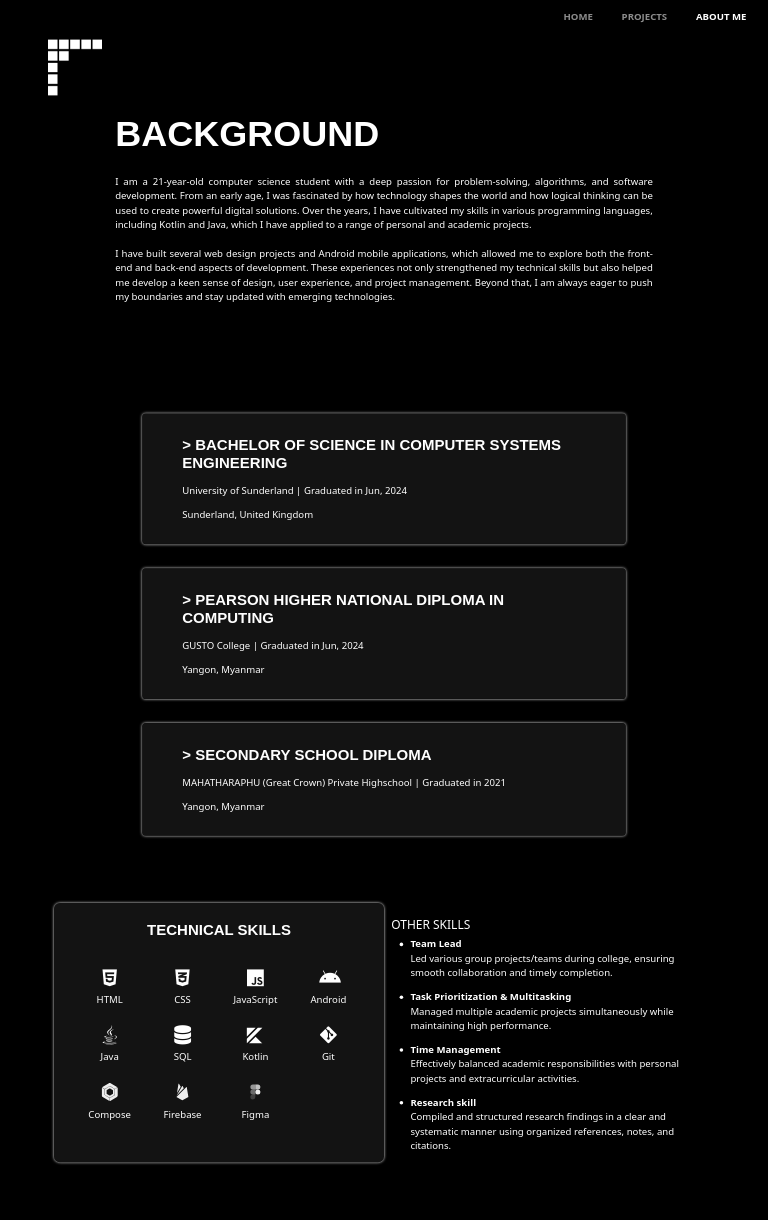
Repository: pyaestk/Portfolio-template
Page: aboutme.html
These files come from the project's save history. The page is drawn as it stood at one moment and after the next save; the edit follows.
The browser window is 1280 px wide. The pictures show the whole page, at 60% of full size.
Some web fonts or font styles are not loaded; a fallback is used. Some web libraries are served in a nearby version.

Above is the page before, as saved 2025-05-24 13:23:14.
Console error: TypeError: Cannot read properties of null (reading 'addEventListener')

### aboutme.html
<!DOCTYPE html>

<html lang="en">

<head>
  <link href="https://cdn.jsdelivr.net/npm/bootstrap@5.3.5/dist/css/bootstrap.min.css" rel="stylesheet"
    integrity="sha384-SgOJa3DmI69IUzQ2PVdRZhwQ+dy64/BUtbMJw1MZ8t5HZApcHrRKUc4W0kG879m7" crossorigin="anonymous">
  <script src="https://cdn.jsdelivr.net/npm/bootstrap@5.3.5/dist/js/bootstrap.bundle.min.js"
    integrity="sha384-k6d4wzSIapyDyv1kpU366/PK5hCdSbCRGRCMv+eplOQJWyd1fbcAu9OCUj5zNLiq"
    crossorigin="anonymous"></script>
  <link rel="stylesheet" href="https://cdnjs.cloudflare.com/ajax/libs/font-awesome/6.1.2/css/all.min.css">
  <link href="styles.css" rel="stylesheet">

  <!-- google fonts -->
  <link rel="preconnect" href="https://fonts.googleapis.com">
  <link rel="preconnect" href="https://fonts.gstatic.com" crossorigin>
  <link href="https://fonts.googleapis.com/css2?family=Doto:wght@100..900&display=swap" rel="stylesheet">
  <link href="https://fonts.googleapis.com/css2?family=Roboto:ital,wght@0,100..900;1,100..900&display=swap"
    rel="stylesheet">

  <meta charset="utf-8">
  <meta name="viewport" content="width=device-width, initial-scale=1, minimum-scale=1, maximum-scale=1 ">

  <title>My Webpage</title>
</head>

<body class="bg-black">

  <nav class="navbar navbar-expand-lg bg-black navbar-dark sticky-top">
    <div class="container-fluid">
      <a class="navbar-brand" href="#"></a>
      <button class="navbar-toggler" type="button" data-bs-toggle="collapse" data-bs-target="#navbarNav"
        aria-controls="navbarNav" aria-expanded="false" aria-label="Toggle navigation">
        <span class="navbar-toggler-icon"></span>
      </button>
      <div class="collapse navbar-collapse justify-content-end" id="navbarNav">
        <ul class="navbar-nav text-center">
          <li class="nav-item px-3">
            <a class="nav-link" aria-current="page" href="index.html">HOME</a>
          </li>
          <li class="nav-item px-3">
            <a class="nav-link" href="projects.html">PROJECTS</a>
          </li>
          <li class="nav-item px-3">
            <a class="nav-link active" href="aboutme.html">ABOUT ME</a>
          </li>
        </ul>
      </div>
    </div>
  </nav>

  <div class="background-container text-white">
    <img src="img/decoration-block2.png" class="decoration-image-1" style="--delay: .2s;">

    <h4 class="title" style="--delay: .3s;">BACKGROUND</h4>
    <p style="--delay: .4s;">I am a 21-year-old computer science student with
      a deep passion for problem-solving,
      algorithms, and software development. From an early age, I was
      fascinated by how technology shapes the world and
      how logical thinking can be used to create powerful digital solutions.
      Over the years, I have cultivated my skills
      in various programming languages, including Kotlin and Java, which I
      have applied to a range of personal and
      academic projects.
      <br><br>
      I have built several web design projects and Android mobile
      applications, which allowed me to explore both the
      front-end and back-end aspects of development. These experiences not
      only strengthened my technical skills but
      also helped me develop a keen sense of design, user experience, and
      project management. Beyond that, I am always
      eager to push my boundaries and stay updated with emerging technologies.
      <!-- <br><br>
      Currently, I am particularly interested in deepening my knowledge in fields such as artificial intelligence,
      software engineering, and cybersecurity. I am constantly exploring new concepts through online courses, tutorials,
      and technical communities. My goal is to continue developing solutions that are not only technically sound but
      also meaningful and impactful.
      <br><br>
      Driven by curiosity and a desire to innovate, I see computer science as more than just a career path—it is a
      lifelong journey of learning, building, and contributing to technological advancement. -->
    </p>
  </div>

  <div class="education-container">
    <div class="card reveal3">
      <div class="card-body">
        <h4>> BACHELOR OF SCIENCE IN COMPUTER SYSTEMS ENGINEERING</h4>
        <p>University of Sunderland | Graduated in Jun, 2024</p>
        <span>Sunderland, United Kingdom</span>
      </div>
    </div>
    <div class="card reveal3">
      <div class="card-body">
        <h4>> PEARSON HIGHER NATIONAL DIPLOMA IN COMPUTING</h4>
        <p>GUSTO College | Graduated in Jun, 2024</p>
        <span>Yangon, Myanmar</span>
      </div>
    </div>
    <div class="card reveal3">
      <div class="card-body ">
        <h4>> SECONDARY SCHOOL DIPLOMA</h4>
        <p>MAHATHARAPHU (Great Crown) Private Highschool | Graduated in
          2021</p>
        <span>Yangon, Myanmar</span>
      </div>
    </div>
  </div>

  <div class="container text-white my-5">
    <div class="row mx-2">

      <div class="col-12 col-md-6 mb-5 technical-skills reveal3">
        <h5 class="mb-5 text-center">TECHNICAL SKILLS</h5>

        <div class="row g-3">
          <div class="col-4 col-md-3 text-center">
            <i class="fa-brands fa-html5 fa-2x tech-icon"></i>
            <p>HTML</p>
          </div>
          <div class="col-4 col-md-3 text-center">
            <i class="fa-brands fa-css3-alt fa-2x tech-icon"></i>
            <p>CSS</p>
          </div>
          <div class="col-4 col-md-3 text-center">
            <i class="fa-brands fa-js fa-2x tech-icon"></i>
            <p>JavaScript</p>
          </div>
          <div class="col-4 col-md-3 text-center">
            <i class="fa-brands fa-android fa-2x tech-icon"></i>
            <p>Android</p>
          </div>
          <div class="col-4 col-md-3 text-center">
            <i class="fa-brands fa-java fa-2x tech-icon"></i>
            <p>Java</p>
          </div>
          <div class="col-4 col-md-3 text-center">
            <i class="fa-solid fa-database fa-2x tech-icon"></i>
            <p>SQL</p>
          </div>
          <div class="col-4 col-md-3 text-center">
            <svg xmlns="http://www.w3.org/2000/svg" viewBox="0 0 8 8" class="tech-icon">
              <path fill="currentColor" d="m1 8l3-3l3 3M0 5V1h4M0 8V6l5-5h2" />
            </svg>
            <p>Kotlin</p>
          </div>
          <div class="col-4 col-md-3 text-center">
            <i class="fa-brands fa-git-alt fa-2x tech-icon"></i>
            <p>Git</p>
          </div>
          <div class="col-4 col-md-3 text-center">
            <svg xmlns="http://www.w3.org/2000/svg" viewBox="0 0 128 128" class="tech-icon">
              <path fill="#ededed"
                d="M63.353.759c-2.022-.048-3.83.515-5.604 1.486L14.737 27.521l-1.716 1.01l-.808.555c-1.067.628-2.21 2.15-2.97 3.175l4.168 2.324l2.82 1.55l9.592 5.4l2.454 1.36c1.237-1.491 1.306-1.596 2.472-2.566l26.833-15.884c1.554-.85 3.964-1.976 5.736-1.936c1.769.041 4.04.556 5.552 1.476l23.485 13.342l2.944 1.637a26.5 26.5 0 0 1 3.825 3.052l18.723-11.19l-1.666-1.624c-1.893-1.528-2.544-1.815-3.864-2.497L69.664 2.637C67.932 1.582 65.38.807 63.353.759m.276 23.845c-.95 0-3.036.411-3.86.884l-27.905 16.57c-.823.472-1.655 1.983-2.13 2.801s-.837 2.452-.839 3.303l-.055 33.254c-.002.946.421 2.006.896 2.824s1.268 1.581 2.091 2.054l28.68 16.194c1.07.493 2.69.787 3.64.787s2.174-.147 3.709-.777l27.42-16.173c.824-.474 2.1-1.772 2.575-2.59c.475-.819 1.498-2.895 1.493-3.841l-.146-32.52c-.001-.945-.832-2.85-1.307-3.667c-.475-.82-2.284-2.36-3.108-2.833L67.623 25.58c-.824-.473-3.043-.977-3.994-.977Zm55.2 7.65l-1.163.725l-17.474 10.441c.42 1 .891 3.278.946 4.363l.002.01l.008.312v31.3a10.09 10.09 0 0 1-4.963 8.786l-25.434 15.315c-.922.545-3.108 1.394-5.452 1.841l.002 1.516l-.037 7.825l-.006 3.775l.043 8.781c1.255-.01 3.339-.766 4.423-1.36l.317-.182l.009-.004l44.498-26.253a11.54 11.54 0 0 0 5.666-10.048V37.734c-.014-1.458-.72-4.093-1.385-5.48M8.47 33.817l-.415 1.949c-.352 2.928-.29 3.223-.202 4.705l-.012 49.185c-.02 2.027-.099 4.84.899 6.606c.993 1.762 2.916 2.799 4.657 3.827l45.2 25.602l.008.004l.318.179c1.399.644 2.986 1.145 4.592 1.241l.012-4.872l.004-3.748l-.006-11.404l-.006-1.81c-1.809-.118-3.218-.654-4.14-1.199l-27.041-15.14c-1.527-.9-3.437-1.913-4.308-3.455c-.87-1.543-1.252-3.886-1.235-5.658l.017-29.064l.008-2.096c.061-1.414.277-2.403.687-4.15zm55.323 4.77c.612 0 2.044.327 2.575.632l17.503 9.854c.531.304 1.698 1.3 2.004 1.826c.306.528.84 1.754.84 2.363l.096 20.959c.002.609-.655 1.948-.963 2.476c-.306.528-1.127 1.363-1.657 1.668L66.52 88.79c-.99.406-1.78.505-2.394.505c-.612 0-1.653-.192-2.342-.51L43.297 78.349a3.8 3.8 0 0 1-1.348-1.324c-.306-.528-.579-1.212-.578-1.82l.035-21.431c0-.548.235-1.602.54-2.13c.307-.528.844-1.5 1.374-1.804l17.985-10.68c.531-.305 1.877-.57 2.489-.57z" />
            </svg>
            <p>Compose</p>
          </div>
          <div class="col-4 col-md-3 text-center">
            <svg xmlns="http://www.w3.org/2000/svg" viewBox="0 0 24 24" class="tech-icon">
              <rect width="24" height="24" fill="none" />
              <path fill="#ededed"
                d="m20 18.69l-7.3 4.05q-.75.39-1.5 0L4 18.69L17.05 5.54l.35-.1c.3 0 .47.13.5.4zM9.35 5.74L4.8 13.29L6.7 1.34c.03-.27.2-.4.5-.4c.2 0 .33.06.4.25l2.15 3.95zM13.85 7L4.3 16.59l7.25-12.3c.1-.2.25-.29.45-.29s.33.09.4.29z" />
            </svg>
            <p>Firebase</p>
          </div>
          <div class="col-4 col-md-3 text-center">
            <svg xmlns="http://www.w3.org/2000/svg" viewBox="0 0 24 24" class="tech-icon">
              <rect width="24" height="24" fill="none" />
              <path fill="#ededed" d="M11.667 2H8.333a3.333 3.333 0 1 0 0 6.667h3.334z" opacity="0.6" />
              <path fill="#ededed" d="M11.667 8.667H8.333a3.333 3.333 0 0 0 0 6.666h3.334z" opacity="0.4" />
              <path fill="#ededed" d="M18.333 12a3.333 3.333 0 1 1-6.667 0a3.333 3.333 0 0 1 6.667 0" />
              <path fill="#ededed" d="M8.333 15.334h3.334v3.333a3.333 3.333 0 1 1-3.334-3.334" opacity="0.2" />
              <path fill="#ededed" d="M11.666 2h3.333a3.333 3.333 0 1 1 0 6.667h-3.333z" opacity="0.8" />
            </svg>
            <p>Figma</p>
          </div>
        </div>
      </div>

      <div class="col-12 col-md-6 mb-5">
          <h5 class="mt-4">OTHER SKILLS</h5>
          <ul>
            <li><strong>Team Lead</strong>
              <p>Led various group projects/teams during college, ensuring smooth collaboration and timely
                  completion.</p>
            </li>
            <li><strong>Task Prioritization & Multitasking</strong>
              <p>Managed multiple academic projects simultaneously while maintaining high performance.</p>
            </li>
            <li><strong>Time Management</strong>
              <p>Effectively balanced academic responsibilities with personal projects and extracurricular activities.</p>
            </li>
            <li><strong>Research skill</strong>
              <p>Compiled and structured research findings in a clear and systematic manner using organized
                  references, notes, and citations.</p>
            </li>
          </ul>
        </div>
      </div>

    </div>
  </div>

  <script src="script.js"></script>
</body>

</html>

### styles.css
* {
  margin: 0;
  padding: 0;
}
html {
  scroll-behavior: smooth;
}


/* index.html */

video {
  object-fit: cover;
  width: 100vw;
  height: 100vh;
  position: fixed;
  top: 0;
  left: 0;
  z-index: -1;
  filter: brightness(50%) grayscale(100%);
  transform: scaleX(-1);
  mask-image: linear-gradient(to right, black 0%, transparent 90%);
}
.navbar-nav a {
  font-weight: bolder;
}

.intro-container {
  display: flex;
  justify-content: center;
  align-items: start;
  flex-direction: column;
  flex-wrap: wrap;
  min-height: 90vh;
  padding: 50px 0;
}
.intro-text p {
  font-size: 20px;
  text-align: start;
  padding-right: 30%;
}
.my-role {
  font-size: 25px;
}
.my-name {
  font-family: "Doto", sans-serif;
  font-size: 60px;
  font-weight: bolder;
  max-lines: 3;
}

.social-links {
  display: flex;
  align-items: center;
  flex-direction: row;
  justify-content: start; /* or center if you want them centered */
  margin-top: 50px;
}
.social-links a {
  display: inline-flex; /* So the <a> fits nicely around icon */
  align-items: center;
  justify-content: center;
}
.social-links svg {
  width: 30px;
  height: 30px;

}
.social-links .linkedin {
  padding: 0 50px;
}
.intro-btns button{
  margin-top: 20px;
  width: 200px;
  height: 50px;
  margin-right: 20px;
  font-weight: bolder;
}






/* projects.html */

.projects-container {
  width: 100%;
  height: auto;
  display: flex;
  justify-content: space-evenly;
  align-items: center;
  flex-direction: row;
  flex-wrap: wrap;
  padding: 5% 5%;
}
.project-intro{
  width: 30%;
  height: auto;
  position: sticky;
  top: 120px; /* Adjust this value as needed */
  align-self: flex-start; /* Align to the start of the container */
}
.projects-list-container {
  width: 70%;
  display: flex;
  justify-content: center;
  align-items: center;
  flex-direction: column;
}

.projects-list{
  display: grid;
  grid-template-columns: repeat(auto-fit, minmax(350px, 1fr));
  gap: 30px;
}
.project-intro h1 {
  font-size: 55px;
  color: white;
  font-family: "Doto", sans-serif;
  font-weight: bolder;
}

.projects-container .card {
  box-shadow: 0 0 5px rgb(255, 255, 255);
  height: auto;
  background-color: rgba(29, 29, 29, 0.671);
  display: flex;
  justify-content: center;
  align-items: center;
  flex-direction: column;
  padding: 10px;
  color: white;
}
.projects-container .card-body{
  padding: 20px 10px 10px 10px;
}
.projects-container .card:hover {
  box-shadow: 0 0 15px rgb(255, 255, 255);
  transition: all 0.2s ease-in-out;
}




/* education.html */
.education-container {
  width: 100%;
  height: auto;
  display: flex;
  justify-content: space-evenly;
  align-items: center;
  flex-direction: column;
  flex-wrap: wrap;
  padding: 5% 5%;
  gap: 40px;
}

.education-container .card {
  width: 70%;
  height: auto;
  background-color: rgba(29, 29, 29, 0.671);
  padding: 20px 50px;
  color: white;
  box-shadow: 0 0 5px rgb(255, 255, 255);
}


.education-container .card:hover {
  box-shadow: 0 0 15px rgb(255, 255, 255);
  transition: all 0.2s ease-in-out;
}

.education-container .card h4 {
  font-size: 25px;
  color: white;
  font-family: "Doto", sans-serif;
  font-weight: bolder;
  margin-bottom: 20px;
}



/* about me.html */
.background-container {
  position: relative; /* Needed for absolute child positioning */
  width: 100%;
  display: flex;
  justify-content: center;
  align-items: start;
  flex-direction: column;
  padding: 8% 15%;
}

.background-container h4 {
  font-size: 60px;
  font-weight: bolder;
  font-family: "Doto", sans-serif;
  margin-top: 30px;
  margin-bottom: 30px;
}
.background-container p {
  text-align: justify;
}

.decoration-image-1 {
  position: absolute; /* Take it out of flow */
  top: 10px;
  left: 80px;
  width: 90px;
  height: auto;
  pointer-events: none; /* Prevents accidental clicks */
  user-select: none;
}


.technical-skills h5 {
  font-size: 25px;
  font-weight: bolder;
  font-family: "Doto", sans-serif;

}

.technical-skills{
  background-color: rgba(29, 29, 29, 0.671);
  box-shadow: 0 0 5px rgb(255, 255, 255);
  color: white;
  border-radius: 10px;
  padding: 30px 40px;
  text-align: start;
}

.technical-skills:hover{
  box-shadow: 0 0 15px rgb(255, 255, 255);
  transition: all 0.2s ease-in-out;
}

.tech-icon{
  width: 30px;
  height: 30px;
  margin-bottom: 10px;
}

.contact-container {
  width: 100%;
  height: auto;
  display: flex;
  justify-content: center;
  align-items: center;
  flex-direction: column;
  padding: 5% 5%;
}




/* on load animation */
.intro-body h1,
.intro-body p,
.intro-body .intro-btns,
.projects-container .card,
.project-intro h1, .project-intro p,
.background-container h4,
.background-container p,
.background-container image{
  display: block;
  opacity: 0;
  animation: reveal 0.5s forwards var(--delay);
}
@keyframes reveal {
  /* from { translate: - 20px; }
  to { translate: none; opacity: 1;} */
  from {
    transform: translateY(10px);
  }
  to {
    transform: translateY(0);
    opacity: 1;
  }
}

/* on scroll animation */

.reveal1 {
  position: relative;
  transform: translateX(70px);
  opacity: 0;
  transition: 1.1s all ease;
}
.reveal1.active {
  transform: translateX(0);
  opacity: 1;
}

.reveal2 {
  position: relative;
  transform: translateX(-70px);
  opacity: 0;
  transition: 1.1s all ease;
}
.reveal2.active2 {
  transform: translateX(0);
  opacity: 1;
}

.reveal3 {
  position: relative;
  transform: translateY(50px);
  opacity: 0;
  transition: 1.1s all ease;
}
.reveal3.active3 {
  transform: translateX(0);
  opacity: 1;
}




/* for small screen size */

@media (max-width: 1170px) {

  /* index.html */
  .intro-body {
    margin-top: 50px;
    margin-bottom: 50px;
    text-align: center;
  }
  .my-role {
    font-size: 20px;
  }
  .my-name {
    font-size: 27px;
  }
  .intro-text p {
    text-align: center;
    font-size: 15px;
    padding-right: 0;
  }

  /* projects.html */
  .projects-container {
    width: 100%;
    height: auto;
    display: flex;
    justify-content: space-evenly;
    align-items: center;
    flex-direction: row;
    flex-wrap: wrap;
    padding: 0px;
    gap: 40px;
  }
  .project-intro{
    width: auto;
    position: static;
    margin-top: 30px;
  }
  .projects-list{
    display: grid;
    grid-template-columns: repeat(auto-fit, minmax(280px, 1fr));
    gap: 30px;
  }
  .project-intro h1 {
    font-size: 35px;
    margin-top: 30px;
  }
  .project-intro p {
    font-size: 13px;
  }
  .intro-btns button{
    margin-left: 20px;
  }

  .projects-list-container {
    width: 80%;
  }
  .projects-list-container .card{
    margin-bottom: 20px;
  }
  .projects-list-container .card-text{
    font-size: 13px;
  }


  /* education.html */
  .education-container{
    padding: 10% 0%;
    gap: 30px;
  }

  .education-container .card h4{
    font-size: 20px;
  }
  .education-container p{
    font-size: 13px;
  }
  .education-container .card span {
    font-size: 13px;
  }

  .education-container .card {
    box-shadow: 0 0 10px rgb(255, 255, 255);
    padding: 15px 15px;
    width: 85%;
  }

  /* about me.html */
  .background-container {
    align-items: center;
  }
  .background-container h4 {
    font-size: 40px;
    margin-top: 55px;
  }
  .background-container p {
    font-size: 13px;
    padding-right: 0;
    text-align: justify;
  }
  .decoration-image-1 {
    position: absolute; /* Take it out of flow */
    top: 20px;
    left: 40px;
    width: 50px;
  }

  .skills-container {
    padding: 15px 15px;
  }
  .skills-container h5 {
    font-size: 23px;
  }
  .skills-container h6 {
    font-size: 18px;
  }
  .skills-container p {
    font-size: 13px;
  }

}

### script.js
/* on scroll animation */
function reveal() {
  var reveals3 = document.querySelectorAll(".reveal3");
  for (var i = 0; i < reveals3.length; i++) {
    var windowHeight = window.innerHeight;
    var elementTop = reveals3[i].getBoundingClientRect().top;
    var elementVisible = 50;
    if (elementTop < windowHeight - elementVisible) {
      reveals3[i].classList.add("active3");
    } else {
      reveals3[i].classList.remove("active3");
    }
  }
}
// Also run reveal() on scroll
window.addEventListener("scroll", reveal);

//download CV
document.getElementById("downloadBtn").addEventListener("click", function () {
  const fileUrl = "my cv.pdf"; // PDF file in the same folder

  const a = document.createElement("a");
  a.href = fileUrl;
  a.download = "CV.pdf"; // The filename when downloaded

  document.body.appendChild(a);
  a.click();
  document.body.removeChild(a);
});

After the next save:
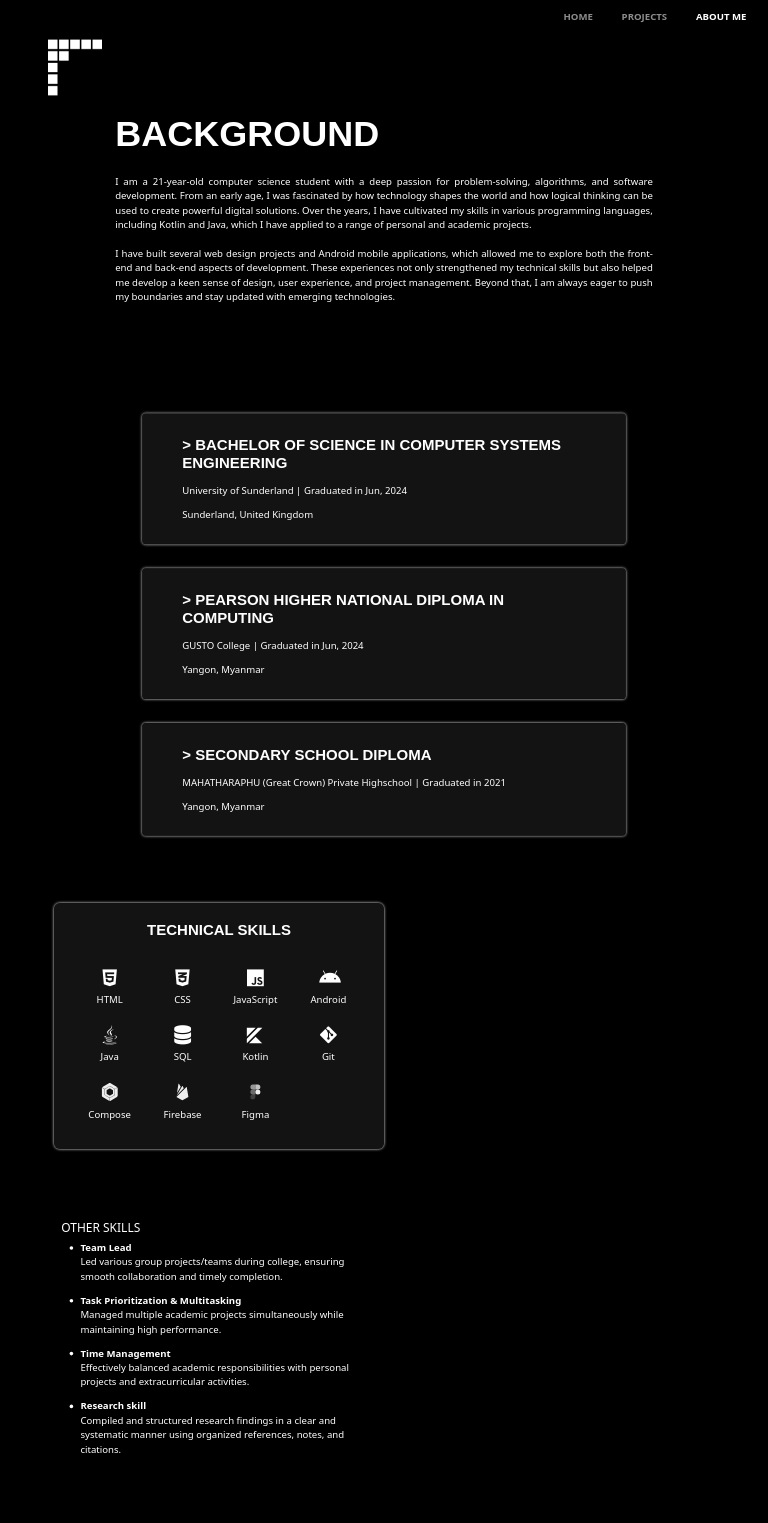
Saved 13 s later.
--- a/aboutme.html
+++ b/aboutme.html
@@ -107,7 +107,7 @@
   </div>
 
   <div class="container text-white my-5">
-    <div class="row mx-2">
+    <div class="row mx-2 gap-5">
 
       <div class="col-12 col-md-6 mb-5 technical-skills reveal3">
         <h5 class="mb-5 text-center">TECHNICAL SKILLS</h5>
